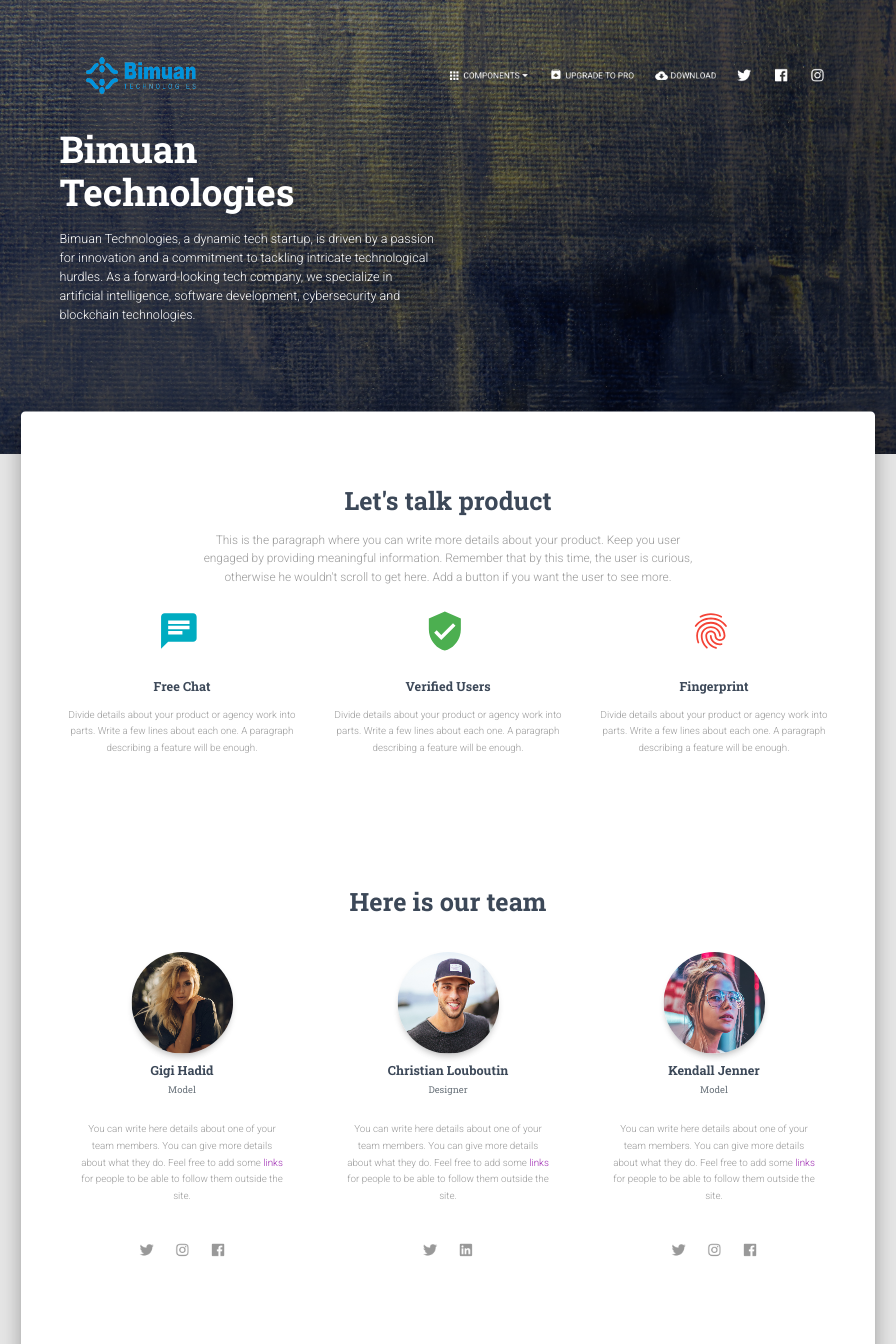
Repository: marcusdashe/bimuan-tech
Page: /
The author's editor kept a copy of each file at every save. The page is drawn from the files as they stood at one save, then again after the next save.
The browser window is 1280 px wide. The pictures show the part of the page from y = 0 to 1920 px (the page is 2679 px tall), at 70% of full size.
Some web libraries are served in a nearby version. The project was rebuilt for these pictures with package versions that can differ from the ones it lists, and the page was loaded fresh each time. The framework's server and built-in components were replaced by stand-ins that run in the browser. Also part of the build but not shown: next.config.js.

Above is the page before, as saved 2023-10-30 14:04:56.

After the next save:
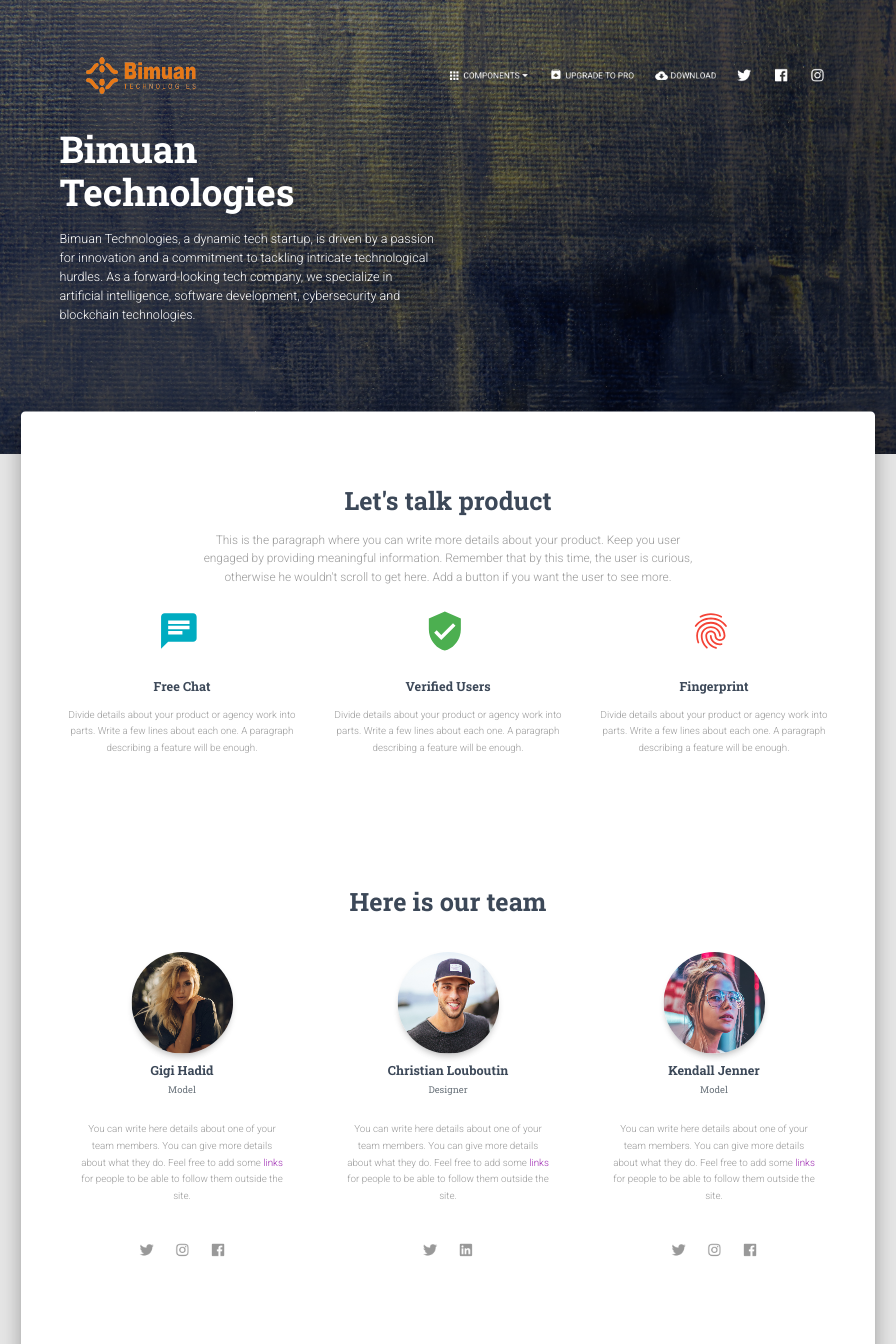
Saved 3 min 42 s later.
--- a/components/Header/Header.js
+++ b/components/Header/Header.js
@@ -65,7 +65,7 @@
   const brandComponent = (
     <Link href="/" as="/components">
       <Button className={classes.title}>
-        <Image src="/img/logo.png" width={200} height={150} />
+        <Image src="/img/logo1.png" width={200} height={150} />
       </Button>
     </Link>
   );
